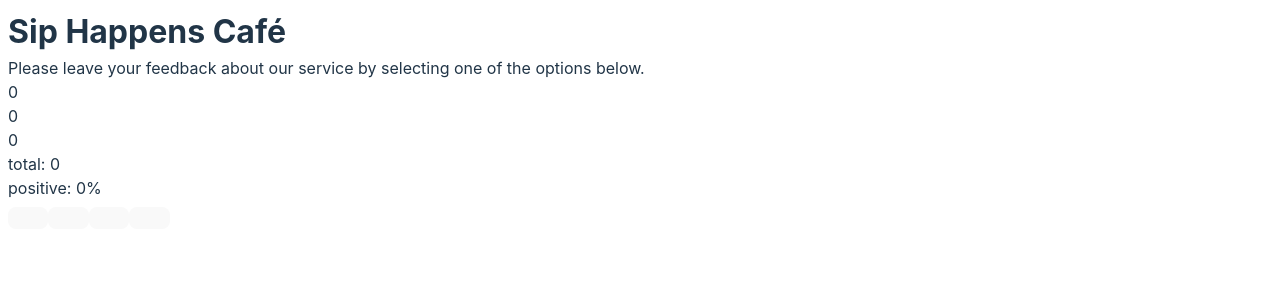
Repository: Evgeniya-Tishakova/goit-react-hw-02
Page: /
An editor plug-in stored every save of this project. The page is shown before and after the next save, followed by the edit.
The browser window is 1280 px wide. The pictures show the whole page.
The project was rebuilt for these pictures with package versions that can differ from the ones it lists, and the page was loaded fresh each time. Also part of the build but not shown: vite.config.js, src/components/Feedback/Feedback.module.css, src/components/Options/Options.module.css.

Above is the page before, as saved 2025-02-27 21:26:51.

After the next save:
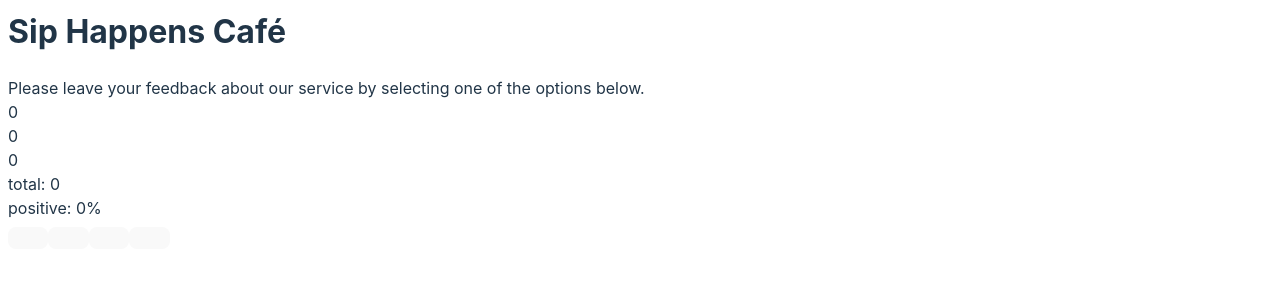
Saved 6 s later.
--- a/src/components/Description/Description.module.css
+++ b/src/components/Description/Description.module.css
@@ -1,3 +1,3 @@
 .title {
-    margin-bottom: ;
+    margin-bottom: 20px;
 }
